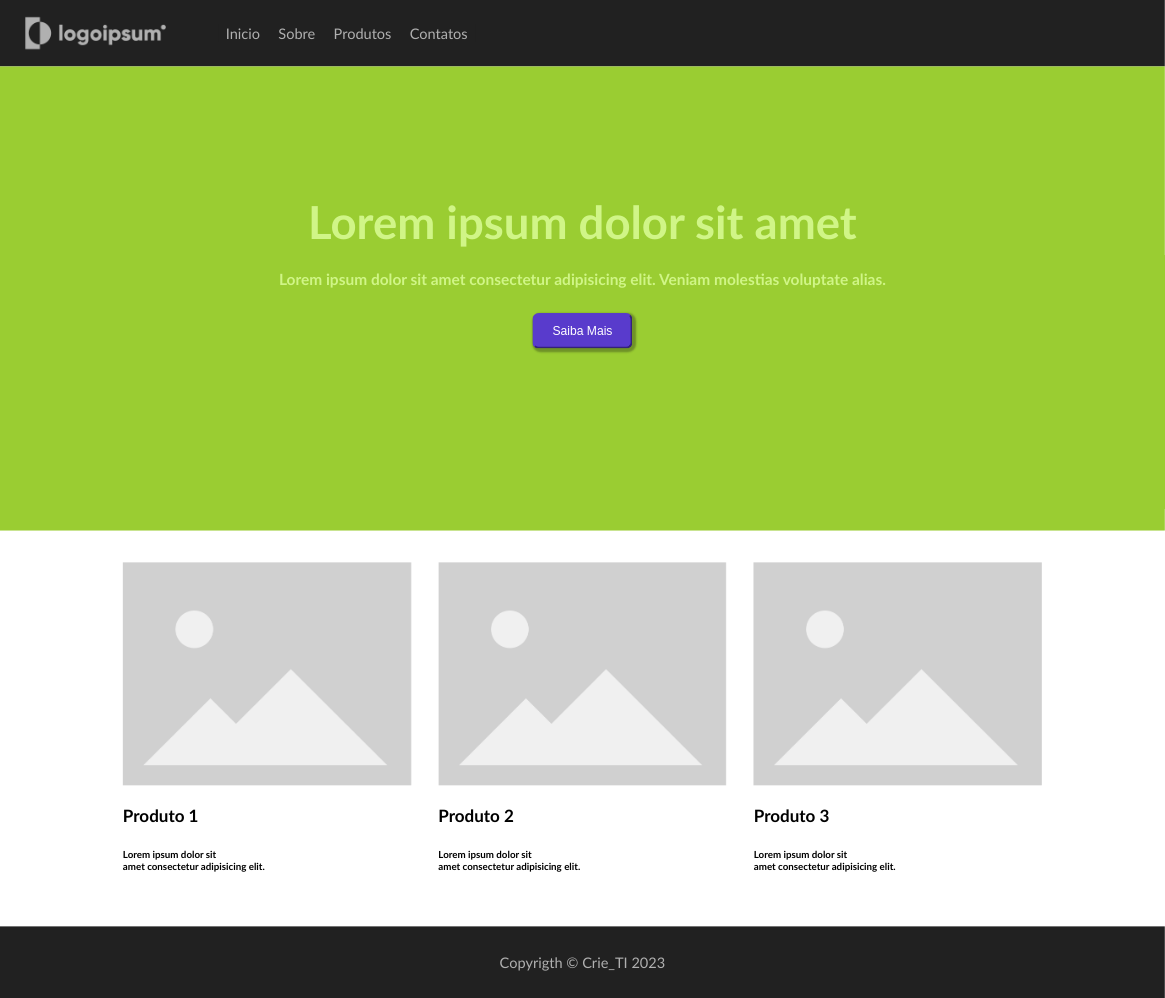
Repository: robsonwssantos/Projeto_Olaria
Page: Exercicios/ex.01/index.html
The author's editor kept a copy of each file at every save. The page is drawn from the files as they stood at one save, then again after the next save.
The browser window is 1280 px wide. The pictures show the whole page, at 91% of full size.

Above is the page before, as saved 2023-04-21 13:26:43.

After the next save:
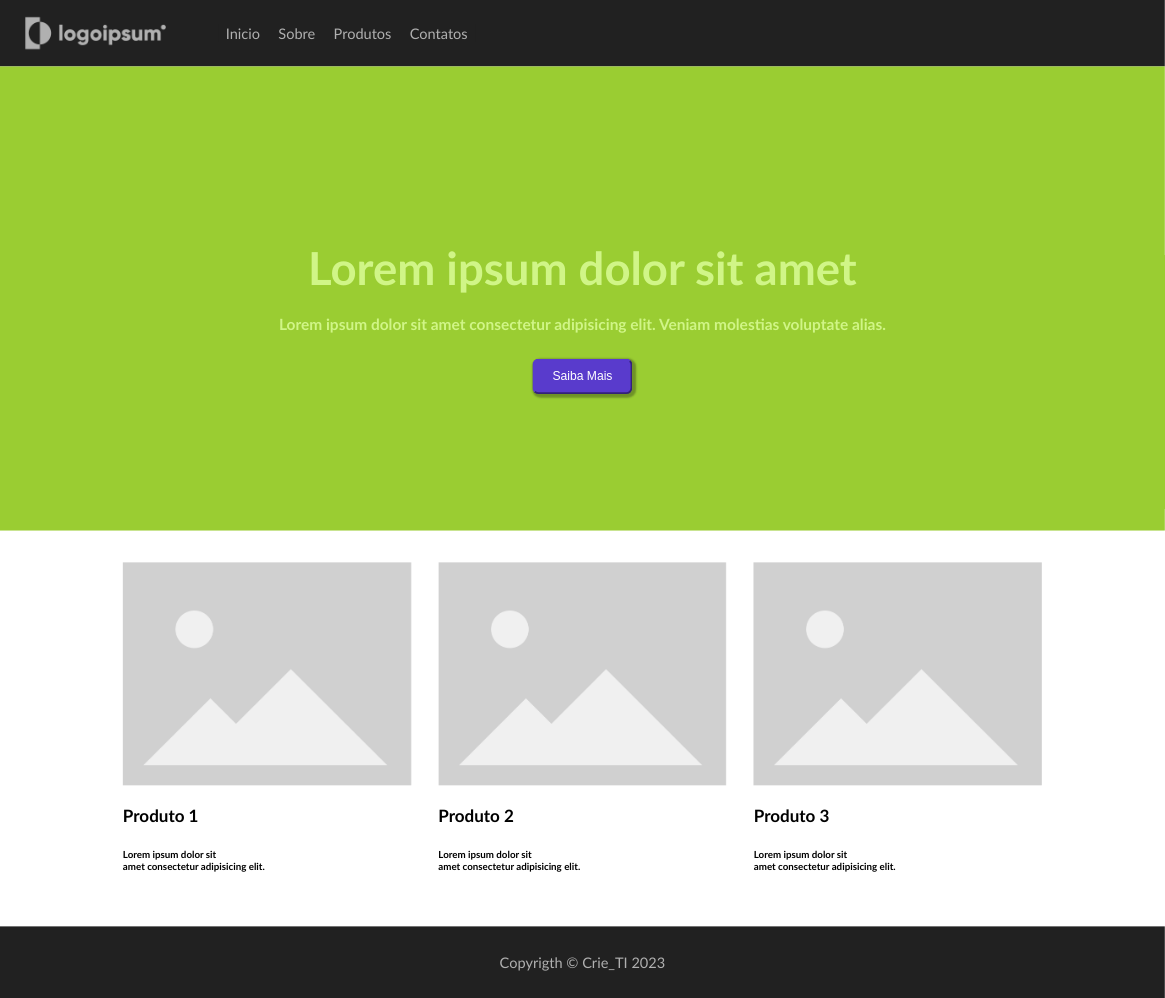
Saved 21 s later.
--- a/Exercicios/ex.01/index.html
+++ b/Exercicios/ex.01/index.html
@@ -21,7 +21,7 @@
             color: #d0f587;
             background-color: #9ACD32;
             text-align: center;
-            padding: 100px 200px 200px 200px;
+            padding: 150px 0px 150px 0px;
         }
 
         .banner h1 {
